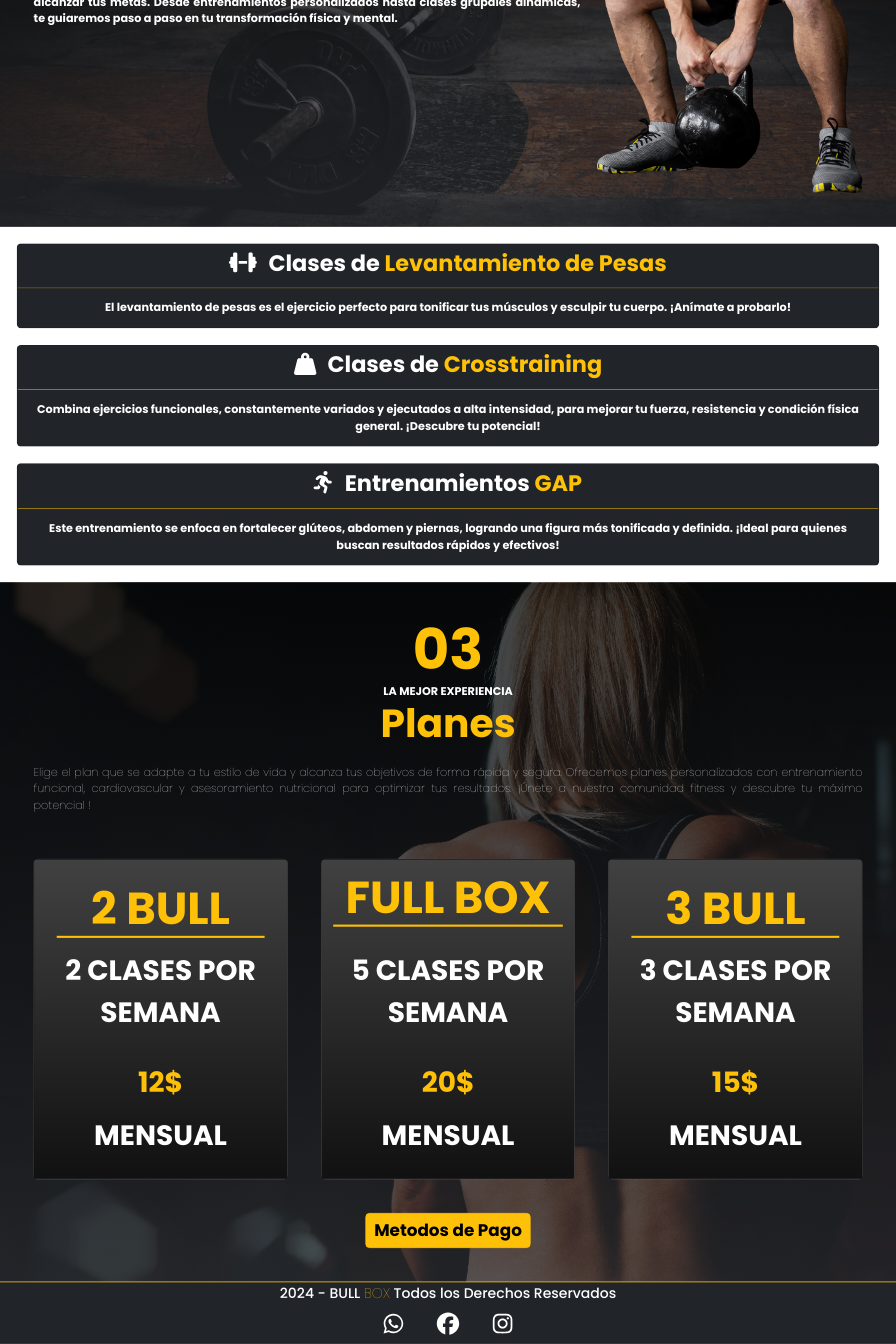
Repository: enjeru13/BullBox
Page: / (app in BullBox/)
These files come from the project's save history. The page is drawn as it stood at one moment and after the next save; the edit follows.
The browser window is 1280 px wide. The pictures show the part of the page from y = 2257 to 4177 px (the page is 4177 px tall), at 70% of full size.
The project was rebuilt for these pictures with package versions that can differ from the ones it lists, and the page was loaded fresh each time. Also part of the build but not shown: BullBox/vite.config.js, BullBox/src/pages/Registro.jsx, BullBox/src/pages/Login.jsx, BullBox/src/pages/Perfil.jsx, BullBox/src/pages/Tienda.jsx, BullBox/ProtectedRoute.jsx.

Above is the page before, as saved 2024-10-28 12:21:38.

After the next save:
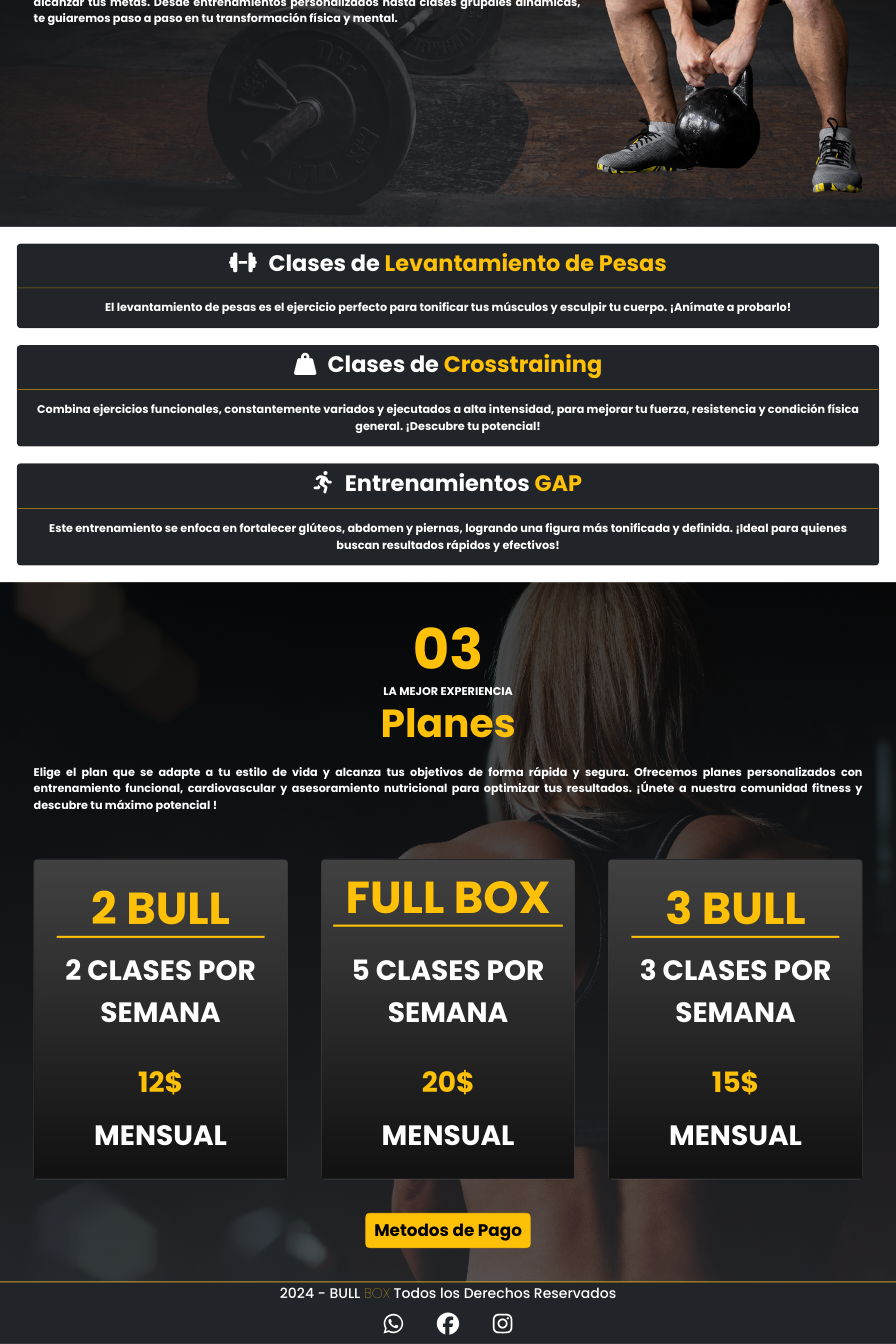
Saved 5 s later.
--- a/BullBox/src/pages/Inicio.jsx
+++ b/BullBox/src/pages/Inicio.jsx
@@ -100,7 +100,7 @@ function Inicio() {
                     <span className='fw-bold'>LA MEJOR EXPERIENCIA</span>
                     <h2 className='text-warning fw-bold display-4'>Planes</h2>
                 </div>
-                <p className='justified-text pt-3'>Elige el plan que se adapte a tu estilo de vida y alcanza tus objetivos de forma rápida y segura. Ofrecemos planes personalizados con entrenamiento funcional, cardiovascular y asesoramiento nutricional para optimizar tus resultados. ¡Únete a nuestra comunidad fitness y descubre tu máximo potencial ! </p>
+                <p className='justified-text pt-3 fw-bold'>Elige el plan que se adapte a tu estilo de vida y alcanza tus objetivos de forma rápida y segura. Ofrecemos planes personalizados con entrenamiento funcional, cardiovascular y asesoramiento nutricional para optimizar tus resultados. ¡Únete a nuestra comunidad fitness y descubre tu máximo potencial ! </p>
                 <div className="row row-cols-1 row-cols-md-3 g-5 pt-5">
                     <div className="col">
                         <div className="bg-card card h-100">
